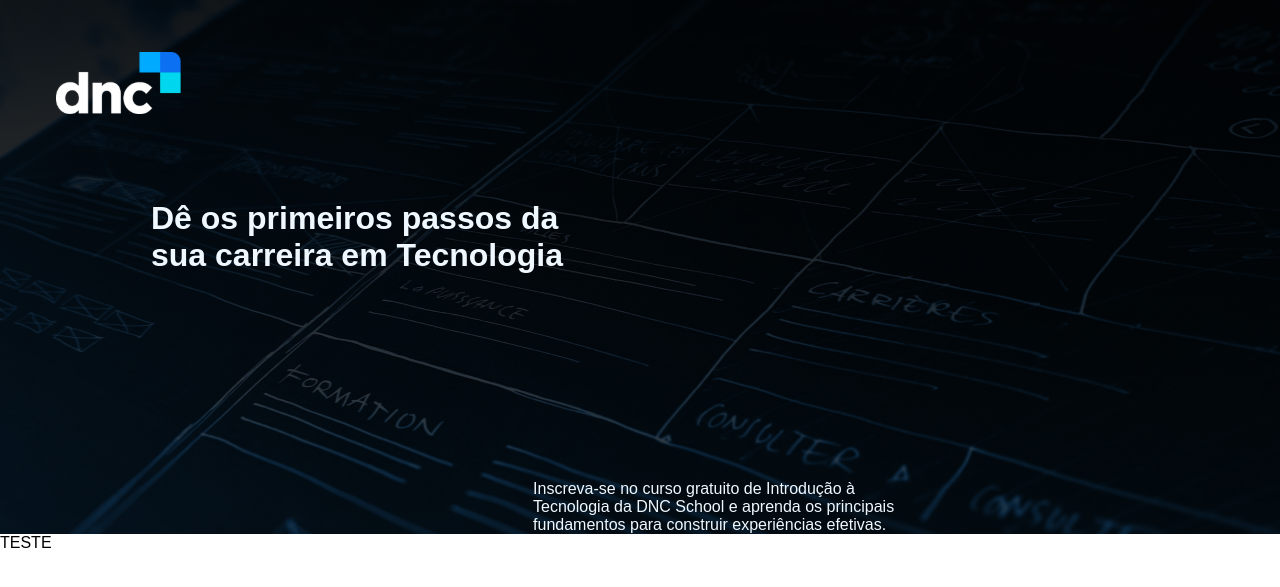
Repository: kleber-goncalves/Landing-Page-dnc
Page: src/index.html
These files come from the project's save history. The page is drawn as it stood at one moment and after a run of saves; the edit follows.
The browser window is 1280 px wide. The pictures show the whole page.

Above is the page before, as saved 2024-12-09 19:47:54.

### src/index.html
<!DOCTYPE html>
<html lang="pt-br">
  <head>
    <meta charset="UTF-8" />
    <meta name="viewport" content="width=device-width, initial-scale=1.0" />
    <title>Escola DNC</title>
    <link rel="stylesheet" href="../src/style.css" />
  </head>
  <body>
    <div id="cabecanho">
        <img id="logo-dnc" src="../img/logo.svg" alt="logo-dnc">
        <h1 id="titulo" >Dê os primeiros passos da <br>
            sua carreira em Tecnologia</h1>
        <p id="subtitulo" >Inscreva-se no curso gratuito de Introdução à <br>
            Tecnologia da DNC School e aprenda os principais <br>
            fundamentos para construir experiências efetivas.</p>
    </div>
    <div>TESTE</div>
  </body>
</html>

### src/style.css
* {
  margin: 0px;
  font-family: Arial, Helvetica, sans-serif;
}

#cabecanho {
  display: flex;
  margin: 0%;
  height: 100%;
  background-image: url(../img/fundo.svg);
  background-size: cover;
  background-repeat: no-repeat;
  color: aliceblue;
}

#logo-dnc {
  display: flex;
  width: 125px;
  height: 62px;
  margin-left: 56px;
  margin-top: 52px;
}

#titulo {
  display: flex;
  margin-left: -30px;
  margin-top: 200px;
}

#subtitulo{
    display: flex;
    margin-left: -30px;
    margin-top: 480px;
}

### img/logo.svg
<svg width="125" height="62" viewBox="0 0 125 62" fill="none" xmlns="http://www.w3.org/2000/svg" xmlns:xlink="http://www.w3.org/1999/xlink">
<rect width="125" height="62" fill="url(#pattern0_1227_101)"/>
<defs>
<pattern id="pattern0_1227_101" patternContentUnits="objectBoundingBox" width="1" height="1">
<use xlink:href="#image0_1227_101" transform="matrix(0.00497512 0 0 0.0100305 0 -0.00152463)"/>
</pattern>
<image id="image0_1227_101" width="201" height="100" xlink:href="data:[embedded picture, 3186 characters]"/>
</defs>
</svg>

### img/fundo.svg
<svg width="1440" height="560" viewBox="0 0 1440 560" fill="none" xmlns="http://www.w3.org/2000/svg" xmlns:xlink="http://www.w3.org/1999/xlink">
<rect width="1440" height="560" fill="url(#pattern0_1227_39)"/>
<rect width="1440" height="560" fill="url(#paint0_linear_1227_39)"/>
<defs>
<pattern id="pattern0_1227_39" patternContentUnits="objectBoundingBox" width="1" height="1">
<use xlink:href="#image0_1227_39" transform="matrix(0.0004 0 0 0.00102857 0 -0.0636538)"/>
</pattern>
<linearGradient id="paint0_linear_1227_39" x1="720" y1="0" x2="720" y2="560" gradientUnits="userSpaceOnUse">
<stop stop-opacity="0.9"/>
<stop offset="1" stop-opacity="0.7"/>
</linearGradient>
<image id="image0_1227_39" width="2500" height="1460" xlink:href="data:[embedded picture, 603023 characters]"/>
</defs>
</svg>

After the next 2 saves:
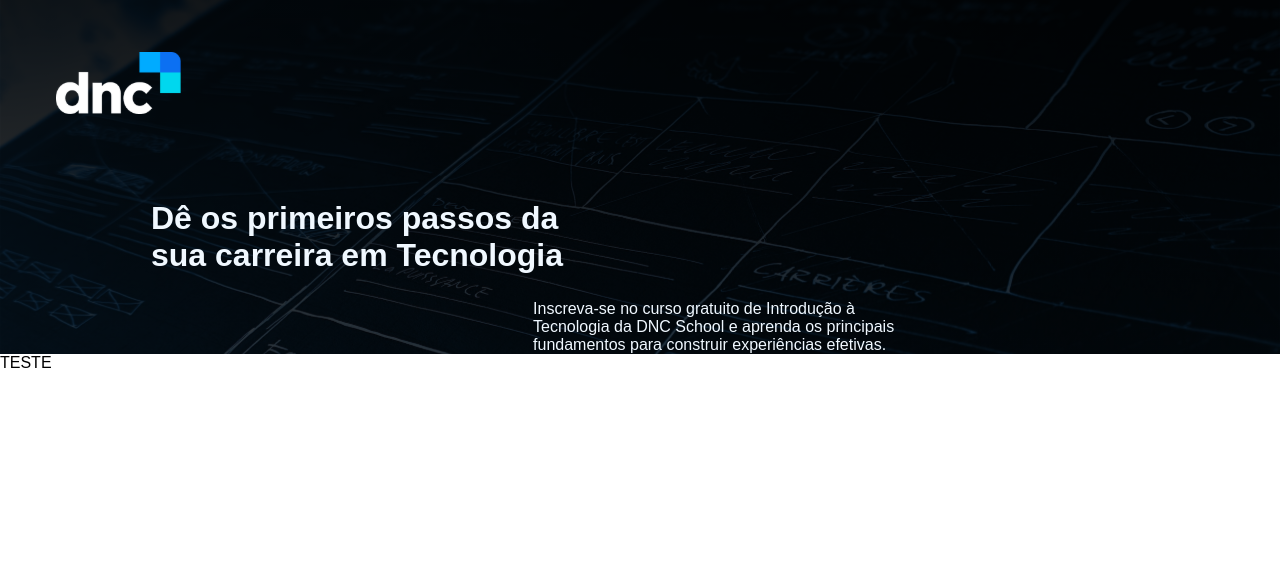
The 2 saves are shown as one change because they came seconds apart.
The last was saved 16 s later.
--- a/src/style.css
+++ b/src/style.css
@@ -30,5 +30,5 @@
 #subtitulo{
     display: flex;
     margin-left: -30px;
-    margin-top: 480px;
+    margin-top: 300px;
 }
